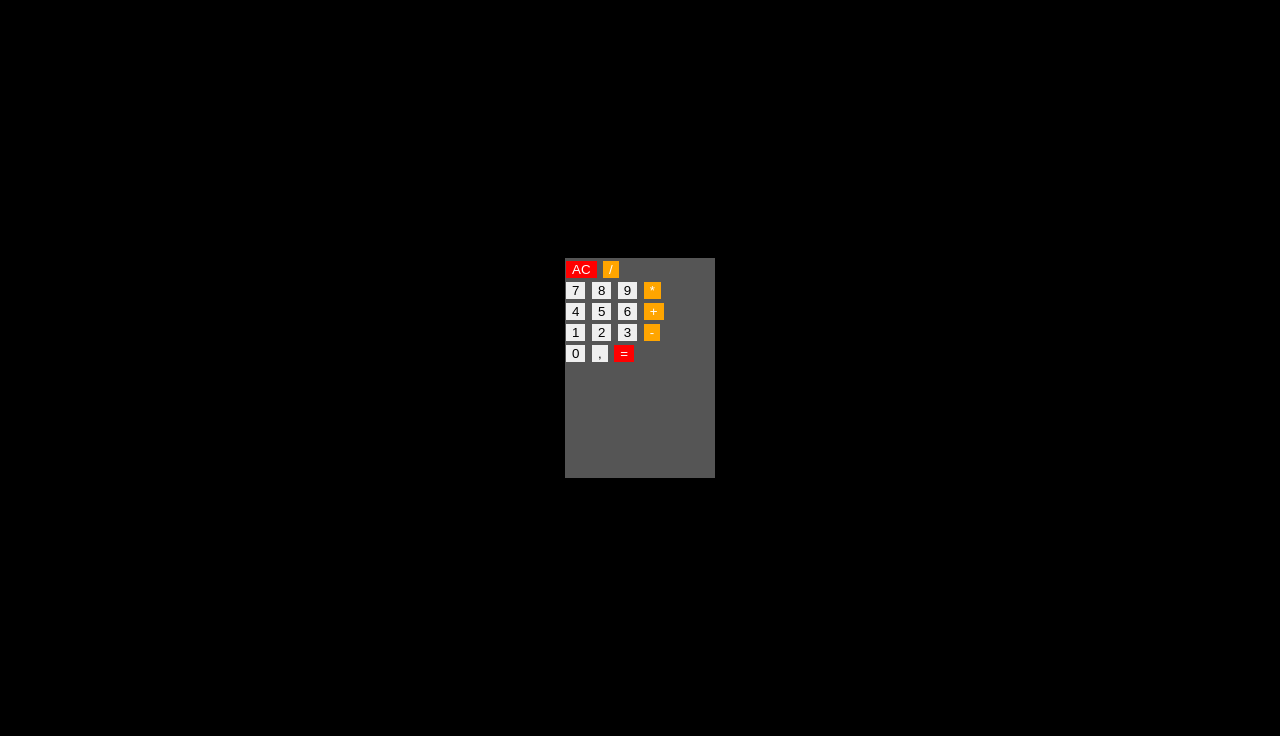
Repository: andersonxoliveira/Aplicacao_Calculadora
Page: /
These files come from the project's save history. The page is drawn as it stood at one moment and after the next save; the edit follows.
The browser window is 1280 px wide. The pictures show the whole page.
The project was rebuilt for these pictures with package versions that can differ from the ones it lists, and the page was loaded fresh each time. Also part of the build but not shown: svelte.config.js, vite.config.ts.

Above is the page before, as saved 2022-06-26 18:13:02.

After the next save:
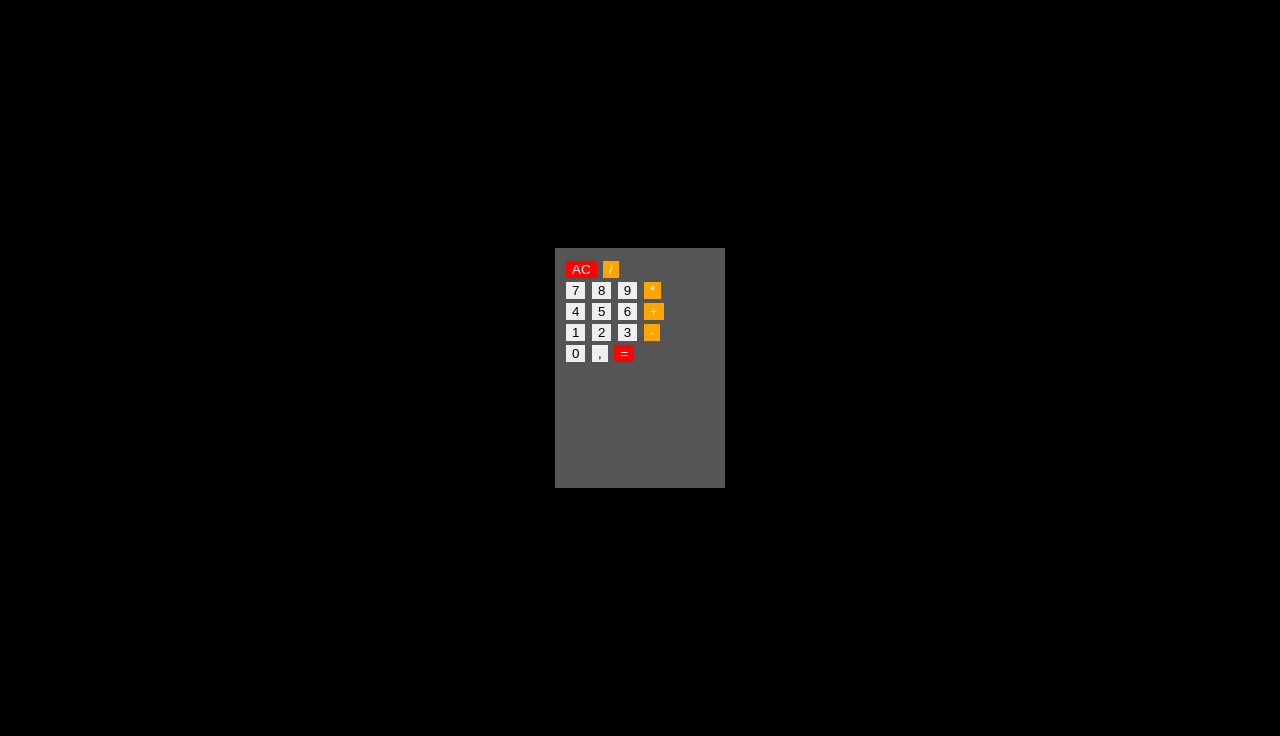
Saved 78 s later.
--- a/src/components/Calculadora.svelte
+++ b/src/components/Calculadora.svelte
@@ -38,6 +38,7 @@ import Linha from "./Linha.svelte";
         background-color: var(--cor-fundo);
         height:  220px;
         width:  150px;
+        padding:  10px;
 
         display: flex;
         flex-direction:  column;
